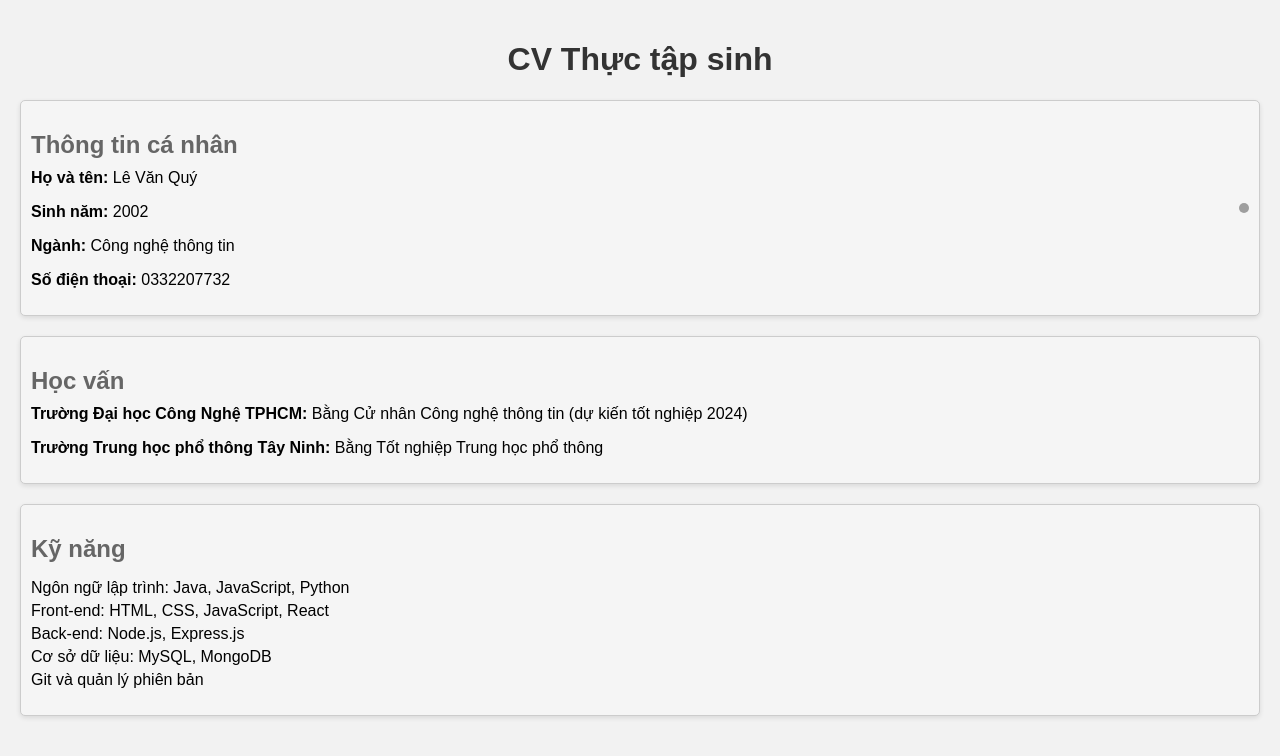
Repository: Quyed1/MonCongCu
Page: index.html
The author's editor kept a copy of each file at every save. The page is drawn from the files as they stood at one save, then again after the next save.
The browser window is 1280 px wide. The pictures show the whole page.
Pictures or frames that could not be fetched are drawn as grey boxes.

Above is the page before, as saved 2024-03-15 10:16:03.

### index.html
<!DOCTYPE html>
<html lang="en">
<head>
  <meta charset="UTF-8">
  <meta name="viewport" content="width=device-width, initial-scale=1.0">
  <title>CV Thực tập sinh</title>
  <style>
    body {
      font-family: Arial, sans-serif;
      margin: 0;
      padding: 20px;
    }
    h1 {
      color: #333;
    }
    h2 {
      color: #666;
      margin-bottom: 10px;
    }
    p {
      margin-top: 0;
    }
    .section {
      margin-bottom: 20px;
    }
    .section-title {
      font-weight: bold;
    }
  </style>
</head>
<body>
  <h1>CV Thực tập sinh</h1>

  <div class="section">
    <h2>Thông tin cá nhân</h2>
    <p><strong>Họ và tên:</strong> Lê Văn Quý</p>
    <img src="https://studiochupanhdep.com/Upload/Images/Album/anh-cv-dep.jpg" alt="Ảnh cá nhân" class="profile-image">
    <p><strong>Sinh năm:</strong> 2002</p>
    <p><strong>Ngành:</strong> Công nghệ thông tin</p>
    <p><strong>Số điện thoại:</strong> 0332207732</p>
  </div>

  <div class="section">
    <h2>Học vấn</h2>
    <p><strong>Trường Đại học Công Nghệ TPHCM:</strong> Bằng Cử nhân Công nghệ thông tin (dự kiến tốt nghiệp 2024)</p>
    <p><strong>Trường Trung học phổ thông Tây Ninh:</strong> Bằng Tốt nghiệp Trung học phổ thông</p>
  </div>

  <div class="section">
    <h2>Kỹ năng</h2>
    <ul>
      <li>Ngôn ngữ lập trình: Java, JavaScript, Python</li>
      <li>Front-end: HTML, CSS, JavaScript, React</li>
      <li>Back-end: Node.js, Express.js</li>
      <li>Cơ sở dữ liệu: MySQL, MongoDB</li>
      <li>Git và quản lý phiên bản</li>
    </ul>
  </div>
</body>
</html>
<link rel="stylesheet" href="style.css">

### style.css
body {
    font-family: Arial, sans-serif;
    margin: 0;
    padding: 20px;
    background-color: #f2f2f2;
  }

  h1 {
    color: #333;
    text-align: center;
  }

  h2 {
    color: #666;
    margin-bottom: 10px;
  }

  p {
    margin-top: 0;
  }

  .section {
    margin-bottom: 20px;
    padding: 10px;
    background-color: #fff;
    border-radius: 5px;
    box-shadow: 0 2px 5px rgba(0, 0, 0, 0.1);
  }

  .section-title {
    font-weight: bold;
  }

  ul {
    list-style-type: none;
    padding: 0;
  }

  li {
    margin-bottom: 5px;
  }

  /* Custom colors */
  body {
    background-color: #f2f2f2;
  }

  h1 {
    color: #333;
  }

  h2 {
    color: #666;
  }

  .section {
    background-color: #fff;
    box-shadow: 0 2px 5px rgba(0, 0, 0, 0.1);
  }

  .profile-image {
    width: 10px;
    height: 10px;
    float: right;
    margin-left: 20px;
    border-radius: 50%;
  }
  .section-title {
    color: #333;
  }

  /* Add your custom styles below this line */

  /* Example: Change the color of the section title */
  .section-title {
    color: #ff0000; /* Red */
  }

  /* Example: Change the background color of the section */
  .section {
    background-color: #f5f5f5; /* Light gray */
  }

  /* Example: Change the font size of the paragraphs */
  p {
    font-size: 16px;
  }

  /* Example: Add a border to the sections */
  .section {
    border: 1px solid #ccc;
  }

After the next save:
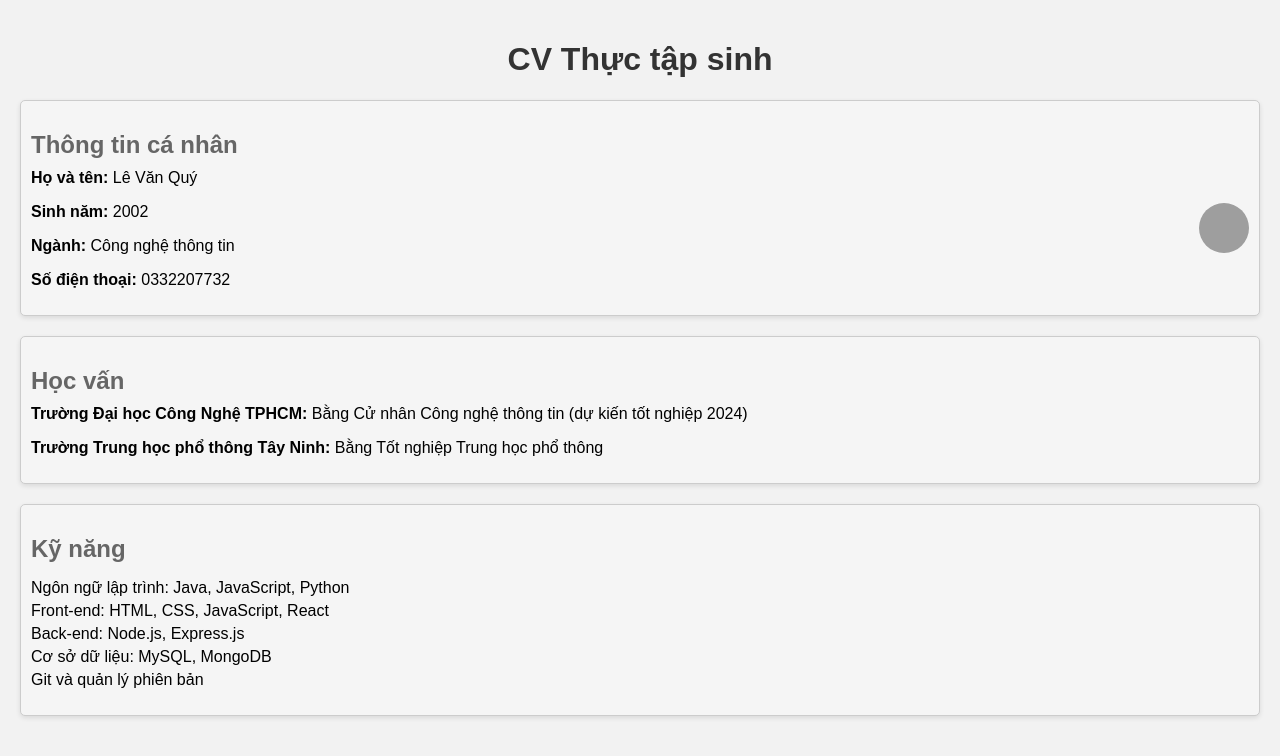
Saved 44 s later.
--- a/style.css
+++ b/style.css
@@ -59,8 +59,8 @@ body {
   }
 
   .profile-image {
-    width: 10px;
-    height: 10px;
+    width: 50px;
+    height: 50px;
     float: right;
     margin-left: 20px;
     border-radius: 50%;
